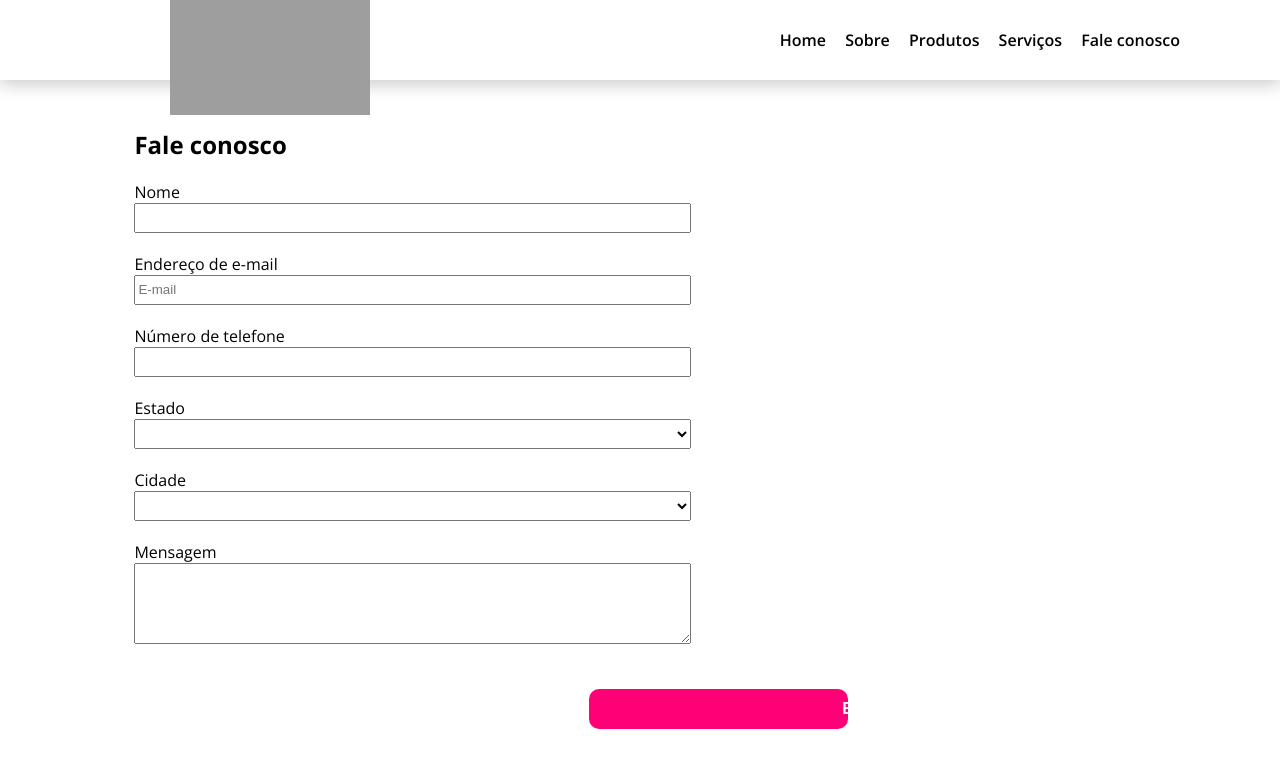
Repository: Iluiscarlos/Projeto-Site-PetShop
Page: Contacts.html
An editor plug-in stored every save of this project. The page is shown before and after the next save, followed by the edit.
The browser window is 1280 px wide. The pictures show the whole page.
Pictures or frames that could not be fetched are drawn as grey boxes. Some web libraries are served in a nearby version.

Above is the page before, as saved 2022-04-26 22:58:00.

### Contacts.html
<!DOCTYPE html>
<html lang="pt-BR">
<head>
  <meta charset="UTF-8">
  <meta name="viewport" content="width=device-width, initial-scale=1.0">
  <meta http-equiv="X-UA-Compatible" content="ie=edge">
  <title>pet&shop</title>
  <script src="https://kit.fontawesome.com/2c48374459.js" crossorigin="anonymous"></script>
  <link rel="preconnect" href="https://fonts.googleapis.com">
  <link rel="preconnect" href="https://fonts.gstatic.com" crossorigin>
  <link href="https://fonts.googleapis.com/css2?family=Open+Sans:wght@400;500;600;700&display=swap" rel="stylesheet">

<style>
    header {
      display: flex;
      align-items: center;
      justify-content: space-between;
      padding: 0 20px;
      position: fixed;
      top: 0;
      left: 0;
      right: 0;
      background-color: #ffffff;
      height: 80px;
      box-shadow: 0 5px 1em #cecece;
    }

    .brand-name {
      color: #ff0077;
      margin-right: 20px;
      font-family: 'Open Sans', sans-serif;
    }

    .brand-name a {
      color: inherit;
      text-decoration: none;
      width: 16px;
    }

    .font {
      font-family: 'Open Sans', sans-serif;
      font-weight: 100;
      font-size: medium;
    }

    .logo{
      width: 200px;
      height: 150px;
      padding-left: 150px;
    }

    .logo-about {
      width: 200px;
      height: 150px;
    }

    .navi {
      color: black;
      padding-right: 80px;
      justify-content: space-between;
      display: inline-block;
    }
    .navi a {
      color: black;
      font-family: 'Open Sans', sans-serif;
      font-weight: 600;
      padding-inline-start: 15px;
      text-decoration: none;
      height: 80px;
    }
    .navi a :visited{
      display: block;
      background-color: #ff0077;
    }

    .navi ::after{
      background-color: #ff0077;
    }

    .container {
      width: 80%;
      max-width: 100%;
      margin-left: auto;
      margin-right: auto;

    }

    .form-item {
      width: 55%;
      min-height: 30px;
      margin-bottom: 20px;
      box-sizing: border-box;
    }

    #form {
      background-color:#ffffff;
      color:black;
      padding-top: 100px;
      padding-bottom: 20px;
    }

    .buttom{
      width:130px;
      height:40px;
      font-size: 16px;
      color:#ffffff;
      background-color:#ff0077;
      border-radius:10px;
      margin-left: 45%;
      margin-top: 20px;
      border-style: none;
      padding-left: 25%;
    }

</style>
</head>
<body>
    <section class="font">
        <header>
            <img class="logo" id="home" src="logo-colored.svg"><a href="#banner"></a>
        <nav class="navi">
            <a href="Index.html">Home</a>
            <a href="About.html">Sobre</a>
            <a href="products.html">Produtos</a>
            <a href="Services.html">Serviços</a>
            <a href="">Fale conosco</a>
        </nav>
        </header>
    <section id="form" class="container">
        <div class="form-titulo">
            <h2 style="text-align: start;">Fale conosco</h2>
        </div>
        <div class="form">
            <form>
                <label for="name">Nome</label> <br/>
                <input class="form-item" type="text" id="name" name="name" >
                <br/>
                <label for="email">Endereço de e-mail</label> <br/>
                <input class="form-item" type="email" id="email" name="email" placeholder="E-mail">
                <br/>
                <label for="phone">Número de telefone</label><br/>
                <input class="form-item" type="tel" id="phone" name="telefone">
                <br/>
                <label for="estado">Estado</label><br/>
                <select class="form-item" id="estado" name="Selecione"placeholder="Selecione">
                    <option value="0" selected disabled></option>
                    <option value="1">Rio Grande do Sul</option>
                </select>

                <br/>
                <label for="cidade">Cidade</label><br/>
                <select class="form-item" id="cidade" name="Selecione">
                    <option value="0" selected disabled></option>
                    <option value="1">Arroio do Meio</option>
                    <option value="2">Bom Retiro</option>
                    <option value="3">Estrela</option>
                    <option value="4">Lajeado</option>
                    <option value="5">Teutônia</option>
                </select>
                <br/>
                <label for="textarea">Mensagem</label><br/>
                <textarea class="form-item" id="textarea" name="Mensagem"rows="5" cols="30"></textarea>
                <br/>
                <a href="Services.html" style="text-decoration: none;"><button class="buttom"><b>Enviar</b></button></a>
            </form>
        </div>
    </section>
</body>
</html>

After the next save:
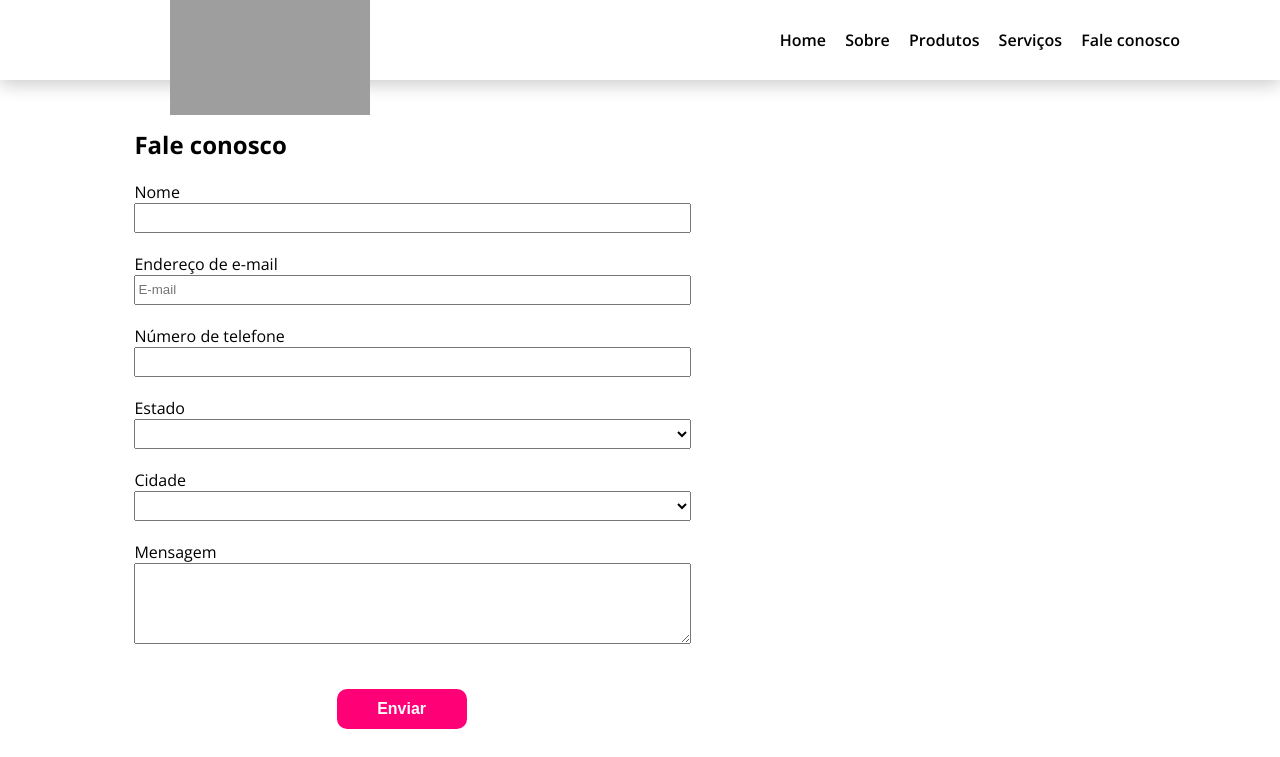
Saved 19 s later.
--- a/Contacts.html
+++ b/Contacts.html
@@ -106,10 +106,9 @@
       color:#ffffff;
       background-color:#ff0077;
       border-radius:10px;
-      margin-left: 45%;
+      margin-left: 20%;
       margin-top: 20px;
       border-style: none;
-      padding-left: 25%;
     }
 
 </style>
